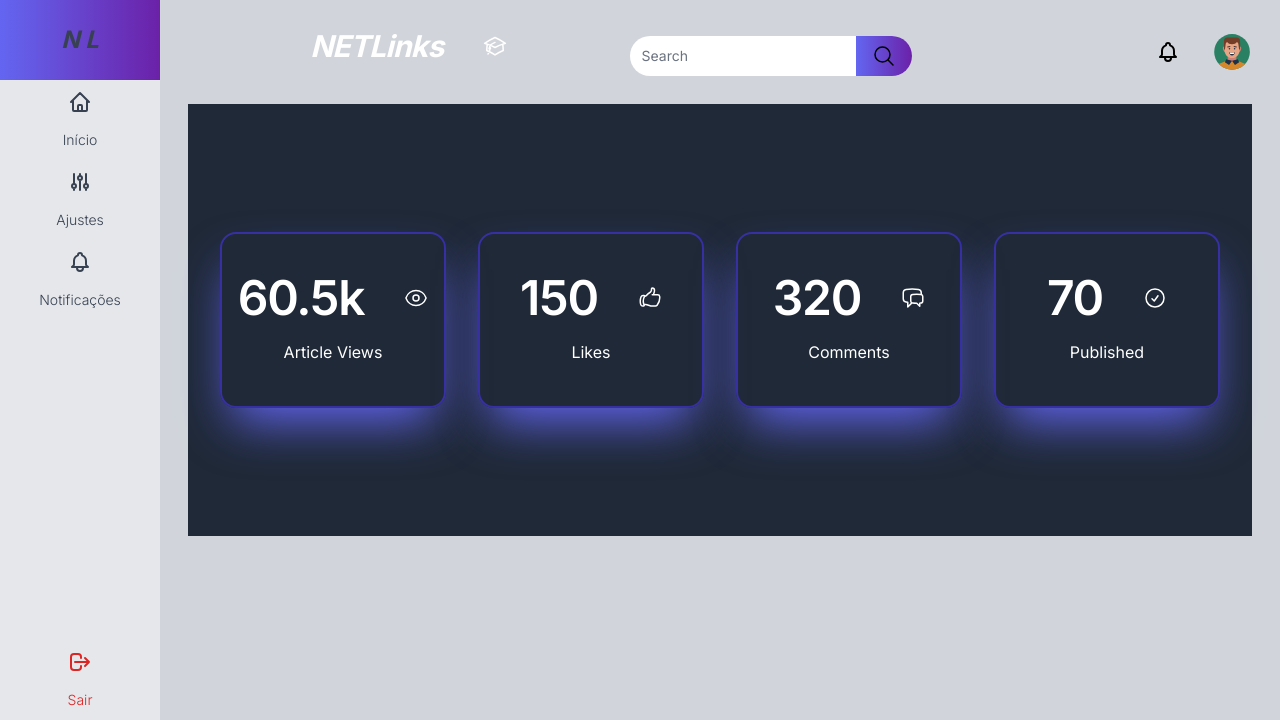
Repository: KennedyWanderson/AdminDashboard
Page: / (app in Code/admindashboard/)
These files come from the project's save history. The page is drawn as it stood at one moment and after the next save; the edit follows.
The browser window is 1280 px wide. The pictures show the whole page.
The project was rebuilt for these pictures with package versions that can differ from the ones it lists, and the page was loaded fresh each time. The framework's server and built-in components were replaced by stand-ins that run in the browser. Also part of the build but not shown: Code/admindashboard/next.config.mjs.

Above is the page before, as saved 2024-06-24 20:26:06.

### Code/admindashboard/src/app/layout.js
import { Inter } from "next/font/google";
import "./globals.css";

const inter = Inter({ subsets: ["latin"] });

export const metadata = {
  title: "Admin Dashboard",
  description: "Generated by Kennedy Wanderson",
};

export default function RootLayout({ children }) {
  return (
    <html lang="en">
      <body className={inter.className}>{children}</body>
    </html>
  );
}

### Code/admindashboard/src/app/page.js
import Layout from "@/components/Layout";

export default function Home() {
  return (
    <Layout>
      Content
    </Layout>
  )
}

### Code/admindashboard/src/components/Layout.jsx
"use client";

import { useState } from "react";
import Content from "./Content";
import Header from "./Header";
import LateralMenu from "./LateralMenu";
import HomePage from "./Home";


export default function Layout() {
    const [activeComponent, setActiveComponent] = useState("HomePage");

    const renderActiveComponent = () => {
        switch (activeComponent) {
            case "HomePage":
                return <HomePage />;
            default:
                return <HomePage />;
        }
    };

    return (
        <div className={`flex h-screen w-screen`}>
            <LateralMenu setActiveComponent={setActiveComponent} />
            <div className={`
                flex flex-col w-full p-7
                bg-gray-300 dark:bg-gray-800
            `}>
                <Header />
                <Content>
                    {renderActiveComponent()}
                </Content>
            </div>
        </div>
    );
}

### Code/admindashboard/src/components/Content.jsx
export default function Content({ children }) {
    return (
        <div className={`
            flex flex-col mt-7
            dark:text-gray-200
        `}>
            {children}
        </div>
    );
}

### Code/admindashboard/src/components/Header.jsx
import AvatarUsuario from "./UserAvatar";
import { IconeAcademic, IconeSearch, IconeSino } from "./icons";

export default function Header({ titulo, subtitulo }) {


    return (
        <div className={`flex`}>
            <div>
                <h1 className={`
                font-black text-3xl
                text-gray-900 dark:text-gray-100
            `}>
                    {titulo}
                </h1>
                <h2 className={`
                font-light text-sm
                dark:text-gray-300
            `}>
                    {subtitulo}
                </h2>
            </div>
            <header className="flex flex-grow justify-center text-white">
                <nav className=" justify-center" aria-label="Global">
                    <div className="hidden lg:flex lg:gap-x-12">
                        <a href="#" className="order-first text-xl font-bold flex items-center gap-10 italic tracking-tight text-white sm:text-3xl">NETLinks {IconeAcademic}</a>
                    </div>
                </nav>
            </header>

                <div className="relative mt-2 ">
                    <div className=" absolute inset-y-0 left-0 flex items-center pl-3">
                        <span className="text-gray-500 sm:text-sm">Search </span>
                    </div>
                    <input
                        type="text"
                        name="search"
                        id="search"
                        className="w-full rounded-full py-2 px-6"
                    />
                    <div className="absolute inset-y-0 px-4 right-0 flex items-center rounded-r-full bg-gradient-to-r from-indigo-500 to-purple-800 cursor-pointer">
                        {IconeSearch}
                    </div>
                </div>


            <div className={`flex flex-grow justify-end items-center gap-8`}>

                {IconeSino}
                <AvatarUsuario />
            </div>
        </div>
    )
}

### Code/admindashboard/src/components/LateralMenu.jsx
"use client";

import MenuItem from "./ItemMenu";
import { IconeAjustes, IconeCasa, IconeSair, IconeSino } from "./icons";

export default function LateralMenu({ setActiveComponent }) {
    return (
        <aside className={`
            flex flex-col items-center
            bg-gray-200 text-gray-700
            dark:bg-gray-900
        `}>
            <div className={`
                flex flex-col items-center justify-center font-bold italic text-2xl
                bg-gradient-to-r from-indigo-500 to-purple-800
                h-20 w-40
            `}>
                N L
            </div>
            <ul className="flex-grow">
                <MenuItem
                    texto="Início"
                    icone={IconeCasa}
                    onClick={() => setActiveComponent('HomePage')}
                />
                <MenuItem
                    texto="Ajustes"
                    icone={IconeAjustes}
                    onClick={() => setActiveComponent('Ajustes')}
                />
                <MenuItem
                    texto="Notificações"
                    icone={IconeSino}
                    onClick={() => setActiveComponent('Notificacoes')}
                />
            </ul>
            <ul>
                <MenuItem
                    texto="Sair"
                    icone={IconeSair}
                    className={`
                        text-red-600 dark:text-red-400
                        hover:bg-red-400 hover:text-white
                        dark:hover:text-white
                    `}
                />
            </ul>
        </aside>
    );
}

### Code/admindashboard/src/components/Home.jsx
import { IconeCheck, IconeComment, IconeEye, IconeLike } from "./icons";

export default function HomePage() {
    return (
        <div className="py-24 sm:py-32 bg-gray-800">
            <div className="mx-auto max-w-full px-6 lg:px-8">
                <dl className="grid grid-cols-1 gap-x-8 gap-y-16 text-center lg:grid-cols-4">
                    <div className="mx-auto flex items-center max-w-xs flex-col w-full border-2 rounded-2xl shadow-2xl shadow-indigo-500 p-10 border-indigo-800 gap-y-4">
                        <dt className="text-base leading-7 text-white">Article Views</dt>
                        <dd className="order-first flex items-center gap-10 text-3xl font-semibold tracking-tight text-white sm:text-5xl">60.5k {IconeEye}</dd>
                    </div>
                    <div className="mx-auto flex items-center max-w-xs flex-col w-full border-2 rounded-2xl shadow-2xl shadow-indigo-500 p-10 border-indigo-800 gap-y-4">
                        <dt className="text-base leading-7 text-white">Likes</dt>
                        <dd className="order-first text-3xl flex items-center gap-10 font-semibold tracking-tight text-white sm:text-5xl">150 {IconeLike}</dd>
                    </div>
                    <div className="mx-auto flex items-center max-w-xs flex-col w-full border-2 rounded-2xl shadow-2xl shadow-indigo-500 p-10 border-indigo-800 gap-y-4">
                        <dt className="text-base leading-7 text-white">Comments</dt>
                        <dd className="order-first text-3xl flex items-center gap-10 font-semibold tracking-tight text-white sm:text-5xl">320 {IconeComment}</dd>
                    </div>
                    <div className="mx-auto flex items-center max-w-xs flex-col w-full border-2 rounded-2xl shadow-2xl shadow-indigo-500 p-10 border-indigo-800 gap-y-4">
                        <dt className="text-base leading-7 text-white">Published</dt>
                        <dd className="order-first text-3xl flex items-center gap-10 font-semibold tracking-tight text-white sm:text-5xl">70 {IconeCheck}</dd>
                    </div>
                </dl>

                {/* <table className="table-auto w-full mt-8 text-white">
                    <thead>
                        <tr className="">
                            <th className="px-4 py-2 border">Song</th>
                            <th className="px-4 py-2 border">Artist</th>
                            <th className="px-4 py-2 border">Year</th>
                        </tr>
                    </thead>
                    <tbody>
                        <tr className="">
                            <td className="px-4 py-2 border">The Sliding Mr. Bones (Next Stop, Pottersville)</td>
                            <td className="px-4 py-2 border">Malcolm Lockyer</td>
                            <td className="px-4 py-2 border">1961</td>
                        </tr>
                        <tr className="">
                            <td className="px-4 py-2 border">Witchy Woman</td>
                            <td className="px-4 py-2 border">The Eagles</td>
                            <td className="px-4 py-2 border">1972</td>
                        </tr>
                        <tr className="">
                            <td className="px-4 py-2 border">Shining Star</td>
                            <td className="px-4 py-2 border">Earth, Wind, and Fire</td>
                            <td className="px-4 py-2 border">1975</td>
                        </tr>
                        <tr className="">
                            <td className="px-4 py-2 border">The Sliding Mr. Bones (Next Stop, Pottersville)</td>
                            <td className="px-4 py-2 border">Malcolm Lockyer</td>
                            <td className="px-4 py-2 border">1961</td>
                        </tr>
                        <tr className="">
                            <td className="px-4 py-2 border">Witchy Woman</td>
                            <td className="px-4 py-2 border">The Eagles</td>
                            <td className="px-4 py-2 border">1972</td>
                        </tr>
                        <tr className="">
                            <td className="px-4 py-2 border">Shining Star</td>
                            <td className="px-4 py-2 border">Earth, Wind, and Fire</td>
                            <td className="px-4 py-2 border">1975</td>
                        </tr>
                        <tr className="">
                            <td className="px-4 py-2 border">The Sliding Mr. Bones (Next Stop, Pottersville)</td>
                            <td className="px-4 py-2 border">Malcolm Lockyer</td>
                            <td className="px-4 py-2 border">1961</td>
                        </tr>
                        <tr className="">
                            <td className="px-4 py-2 border">Witchy Woman</td>
                            <td className="px-4 py-2 border">The Eagles</td>
                            <td className="px-4 py-2 border">1972</td>
                        </tr>
                        <tr className="">
                            <td className="px-4 py-2 border">Shining Star</td>
                            <td className="px-4 py-2 border">Earth, Wind, and Fire</td>
                            <td className="px-4 py-2 border">1975</td>
                        </tr>
                        <tr className="">
                            <td className="px-4 py-2 border">The Sliding Mr. Bones (Next Stop, Pottersville)</td>
                            <td className="px-4 py-2 border">Malcolm Lockyer</td>
                            <td className="px-4 py-2 border">1961</td>
                        </tr>
                        <tr className="">
                            <td className="px-4 py-2 border">Witchy Woman</td>
                            <td className="px-4 py-2 border">The Eagles</td>
                            <td className="px-4 py-2 border">1972</td>
                        </tr>
                        <tr className="">
                            <td className="px-4 py-2 border">Shining Star</td>
                            <td className="px-4 py-2 border">Earth, Wind, and Fire</td>
                            <td className="px-4 py-2 border">1975</td>
                        </tr>
                        <tr className="">
                            <td className="px-4 py-2 border">The Sliding Mr. Bones (Next Stop, Pottersville)</td>
                            <td className="px-4 py-2 border">Malcolm Lockyer</td>
                            <td className="px-4 py-2 border">1961</td>
                        </tr>
                        <tr className="">
                            <td className="px-4 py-2 border">Witchy Woman</td>
                            <td className="px-4 py-2 border">The Eagles</td>
                            <td className="px-4 py-2 border">1972</td>
                        </tr>
                        <tr className="">
                            <td className="px-4 py-2 border">Shining Star</td>
                            <td className="px-4 py-2 border">Earth, Wind, and Fire</td>
                            <td className="px-4 py-2 border">1975</td>
                        </tr>

                    </tbody>
                </table> */}
            </div>
        </div>
    )
}

### Code/admindashboard/src/components/UserAvatar.jsx


export default function AvatarUsuario({className}) {
    return (
            <img
                src={'/images/avatar.svg'}
                alt="Avatar do Usuário"
                className={`
                    h-10 w-10 rounded-full cursor-pointer
                    ${className}
                `}
            />

    )
}

### Code/admindashboard/src/components/icons/index.jsx
// Pra mais icones acessar... https://heroicons.com/

export const IconeSearch = (
    <svg xmlns="http://www.w3.org/2000/svg" fill="none" viewBox="0 0 24 24" strokeWidth={1.5} stroke="currentColor" className="size-6">
        <path strokeLinecap="round" strokeLinejoin="round" d="m21 21-5.197-5.197m0 0A7.5 7.5 0 1 0 5.196 5.196a7.5 7.5 0 0 0 10.607 10.607Z" />
    </svg>
)

export const IconeAcademic = (
    <svg xmlns="http://www.w3.org/2000/svg" fill="none" viewBox="0 0 24 24" strokeWidth={1.5} stroke="currentColor" className="size-6">
        <path strokeLinecap="round" strokeLinejoin="round" d="M4.26 10.147a60.438 60.438 0 0 0-.491 6.347A48.62 48.62 0 0 1 12 20.904a48.62 48.62 0 0 1 8.232-4.41 60.46 60.46 0 0 0-.491-6.347m-15.482 0a50.636 50.636 0 0 0-2.658-.813A59.906 59.906 0 0 1 12 3.493a59.903 59.903 0 0 1 10.399 5.84c-.896.248-1.783.52-2.658.814m-15.482 0A50.717 50.717 0 0 1 12 13.489a50.702 50.702 0 0 1 7.74-3.342M6.75 15a.75.75 0 1 0 0-1.5.75.75 0 0 0 0 1.5Zm0 0v-3.675A55.378 55.378 0 0 1 12 8.443m-7.007 11.55A5.981 5.981 0 0 0 6.75 15.75v-1.5" />
    </svg>

)

export const IconeComment = (
    <svg xmlns="http://www.w3.org/2000/svg" fill="none" viewBox="0 0 24 24" strokeWidth={1.5} stroke="currentColor" className="size-6">
        <path strokeLinecap="round" strokeLinejoin="round" d="M20.25 8.511c.884.284 1.5 1.128 1.5 2.097v4.286c0 1.136-.847 2.1-1.98 2.193-.34.027-.68.052-1.02.072v3.091l-3-3c-1.354 0-2.694-.055-4.02-.163a2.115 2.115 0 0 1-.825-.242m9.345-8.334a2.126 2.126 0 0 0-.476-.095 48.64 48.64 0 0 0-8.048 0c-1.131.094-1.976 1.057-1.976 2.192v4.286c0 .837.46 1.58 1.155 1.951m9.345-8.334V6.637c0-1.621-1.152-3.026-2.76-3.235A48.455 48.455 0 0 0 11.25 3c-2.115 0-4.198.137-6.24.402-1.608.209-2.76 1.614-2.76 3.235v6.226c0 1.621 1.152 3.026 2.76 3.235.577.075 1.157.14 1.74.194V21l4.155-4.155" />
    </svg>

)

export const IconeCheck = (
    <svg xmlns="http://www.w3.org/2000/svg" fill="none" viewBox="0 0 24 24" strokeWidth={1.5} stroke="currentColor" className="size-6">
        <path strokeLinecap="round" strokeLinejoin="round" d="M9 12.75 11.25 15 15 9.75M21 12a9 9 0 1 1-18 0 9 9 0 0 1 18 0Z" />
    </svg>


)

export const IconeLike = (
    <svg xmlns="http://www.w3.org/2000/svg" fill="none" viewBox="0 0 24 24" strokeWidth={1.5} stroke="currentColor" className="size-6">
        <path strokeLinecap="round" strokeLinejoin="round" d="M6.633 10.25c.806 0 1.533-.446 2.031-1.08a9.041 9.041 0 0 1 2.861-2.4c.723-.384 1.35-.956 1.653-1.715a4.498 4.498 0 0 0 .322-1.672V2.75a.75.75 0 0 1 .75-.75 2.25 2.25 0 0 1 2.25 2.25c0 1.152-.26 2.243-.723 3.218-.266.558.107 1.282.725 1.282m0 0h3.126c1.026 0 1.945.694 2.054 1.715.045.422.068.85.068 1.285a11.95 11.95 0 0 1-2.649 7.521c-.388.482-.987.729-1.605.729H13.48c-.483 0-.964-.078-1.423-.23l-3.114-1.04a4.501 4.501 0 0 0-1.423-.23H5.904m10.598-9.75H14.25M5.904 18.5c.083.205.173.405.27.602.197.4-.078.898-.523.898h-.908c-.889 0-1.713-.518-1.972-1.368a12 12 0 0 1-.521-3.507c0-1.553.295-3.036.831-4.398C3.387 9.953 4.167 9.5 5 9.5h1.053c.472 0 .745.556.5.96a8.958 8.958 0 0 0-1.302 4.665c0 1.194.232 2.333.654 3.375Z" />
    </svg>

)

export const IconeEye = (
    <svg xmlns="http://www.w3.org/2000/svg" fill="none" viewBox="0 0 24 24" strokeWidth={1.5} stroke="currentColor" className="size-6">
        <path strokeLinecap="round" strokeLinejoin="round" d="M2.036 12.322a1.012 1.012 0 0 1 0-.639C3.423 7.51 7.36 4.5 12 4.5c4.638 0 8.573 3.007 9.963 7.178.07.207.07.431 0 .639C20.577 16.49 16.64 19.5 12 19.5c-4.638 0-8.573-3.007-9.963-7.178Z" />
        <path strokeLinecap="round" strokeLinejoin="round" d="M15 12a3 3 0 1 1-6 0 3 3 0 0 1 6 0Z" />
    </svg>
)

export const IconeCasa = (
    <svg xmlns="http://www.w3.org/2000/svg" className="h-6 w-6" fill="none" viewBox="0 0 24 24" stroke="currentColor">
        <path strokeLinecap="round" strokeLinejoin="round" strokeWidth={2} d="M3 12l2-2m0 0l7-7 7 7M5 10v10a1 1 0 001 1h3m10-11l2 2m-2-2v10a1 1 0 01-1 1h-3m-6 0a1 1 0 001-1v-4a1 1 0 011-1h2a1 1 0 011 1v4a1 1 0 001 1m-6 0h6" />
    </svg>
)

export const IconeAjustes = (
    <svg xmlns="http://www.w3.org/2000/svg" className="h-6 w-6" fill="none" viewBox="0 0 24 24" stroke="currentColor">
        <path strokeLinecap="round" strokeLinejoin="round" strokeWidth={2} d="M12 6V4m0 2a2 2 0 100 4m0-4a2 2 0 110 4m-6 8a2 2 0 100-4m0 4a2 2 0 110-4m0 4v2m0-6V4m6 6v10m6-2a2 2 0 100-4m0 4a2 2 0 110-4m0 4v2m0-6V4" />
    </svg>
)

export const IconeSino = (
    <svg xmlns="http://www.w3.org/2000/svg" className="h-6 w-6" fill="none" viewBox="0 0 24 24" stroke="currentColor">
        <path strokeLinecap="round" strokeLinejoin="round" strokeWidth={2} d="M15 17h5l-1.405-1.405A2.032 2.032 0 0118 14.158V11a6.002 6.002 0 00-4-5.659V5a2 2 0 10-4 0v.341C7.67 6.165 6 8.388 6 11v3.159c0 .538-.214 1.055-.595 1.436L4 17h5m6 0v1a3 3 0 11-6 0v-1m6 0H9" />
    </svg>
)

export const IconeSair = (
    <svg xmlns="http://www.w3.org/2000/svg" className="h-6 w-6" fill="none" viewBox="0 0 24 24" stroke="currentColor">
        <path strokeLinecap="round" strokeLinejoin="round" strokeWidth={2} d="M17 16l4-4m0 0l-4-4m4 4H7m6 4v1a3 3 0 01-3 3H6a3 3 0 01-3-3V7a3 3 0 013-3h4a3 3 0 013 3v1" />
    </svg>
)

export const IconeSol = (tamanho = 6) => (
    <svg xmlns="http://www.w3.org/2000/svg" className={`h-${tamanho} w-${tamanho}`} fill="none" viewBox="0 0 24 24" stroke="currentColor">
        <path strokeLinecap="round" strokeLinejoin="round" strokeWidth={2} d="M12 3v1m0 16v1m9-9h-1M4 12H3m15.364 6.364l-.707-.707M6.343 6.343l-.707-.707m12.728 0l-.707.707M6.343 17.657l-.707.707M16 12a4 4 0 11-8 0 4 4 0 018 0z" />
    </svg>
)

export const IconeLua = (tamanho = 6) => (
    <svg xmlns="http://www.w3.org/2000/svg" className={`h-${tamanho} w-${tamanho}`} fill="none" viewBox="0 0 24 24" stroke="currentColor">
        <path strokeLinecap="round" strokeLinejoin="round" strokeWidth={2} d="M20.354 15.354A9 9 0 018.646 3.646 9.003 9.003 0 0012 21a9.003 9.003 0 008.354-5.646z" />
    </svg>
)

export const IconeAtencao = (tamanho = 1) => (
    <svg xmlns="http://www.w3.org/2000/svg" className={`h-${tamanho} w-${tamanho}`} fill="none" viewBox="0 0 24 24" stroke="currentColor">
        <path strokeLinecap="round" strokeLinejoin="round" strokeWidth={2} d="M12 9v2m0 4h.01m-6.938 4h13.856c1.54 0 2.502-1.667 1.732-3L13.732 4c-.77-1.333-2.694-1.333-3.464 0L3.34 16c-.77 1.333.192 3 1.732 3z" />
    </svg>
)

### Code/admindashboard/src/components/ItemMenu.jsx

export default function MenuItem({ texto, icone, url, className, onClick }) {
    function renderizarLink() {
        return (
            <div className={`
                flex flex-col justify-center items-center
                h-20 w-auto gap-4
                dark:text-gray-200
                ${className}
            `}>
                {icone}
                <span className="text-sm font-light">
                    {texto}
                </span>
            </div>
        );
    }

    return (
        <li
            onClick={onClick}
            className={`
                hover:bg-gray-100 dark:hover:bg-gray-800
                cursor-pointer
            `}
        >
            {url ? (
                <a href={url}>
                    {renderizarLink()}
                </a>
            ) : (
                renderizarLink()
            )}
        </li>
    );
}

Loaded but not shown: Code/admindashboard/src/app/globals.css (common file); Code/admindashboard/tailwind.config.js (common file)

After the next save:
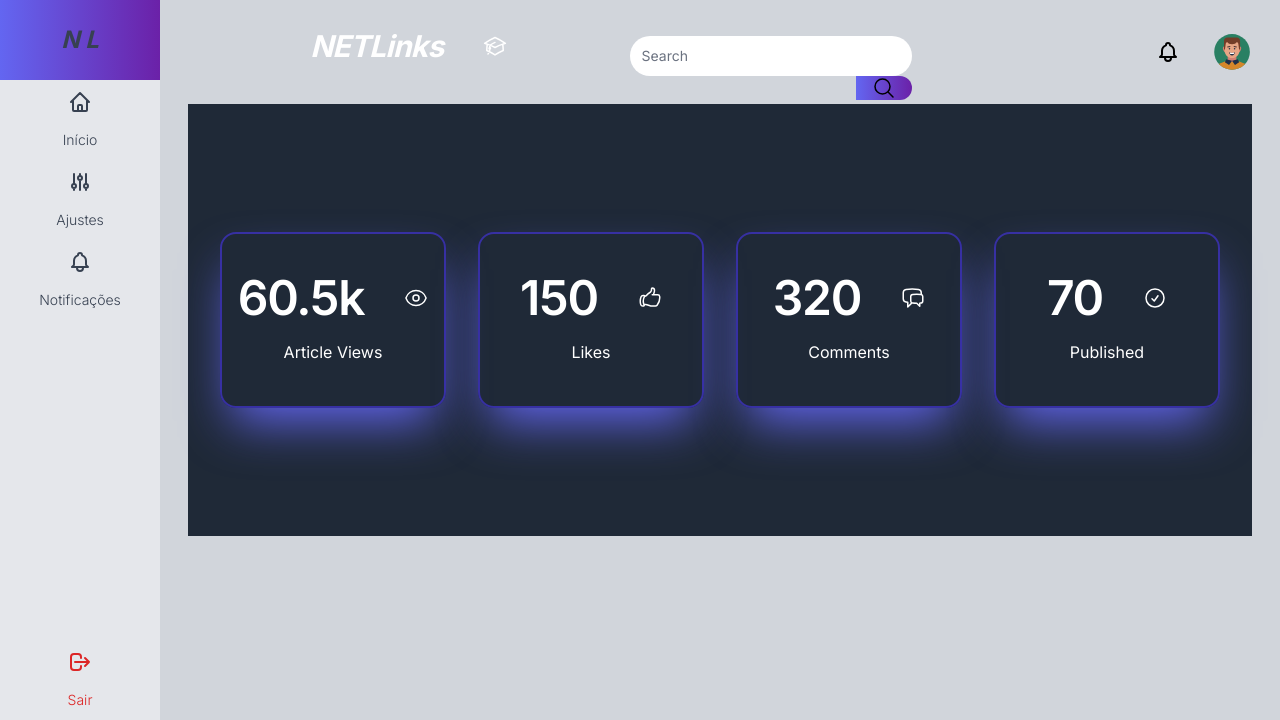
Saved 85 s later.
--- a/Code/admindashboard/src/components/Header.jsx
+++ b/Code/admindashboard/src/components/Header.jsx
@@ -38,7 +38,7 @@ export default function Header({ titulo, subtitulo }) {
                         id="search"
                         className="w-full rounded-full py-2 px-6"
                     />
-                    <div className="absolute inset-y-0 px-4 right-0 flex items-center rounded-r-full bg-gradient-to-r from-indigo-500 to-purple-800 cursor-pointer">
+                    <div className="absolute px-4 right-0 flex items-center rounded-r-full bg-gradient-to-r from-indigo-500 to-purple-800 cursor-pointer">
                         {IconeSearch}
                     </div>
                 </div>
